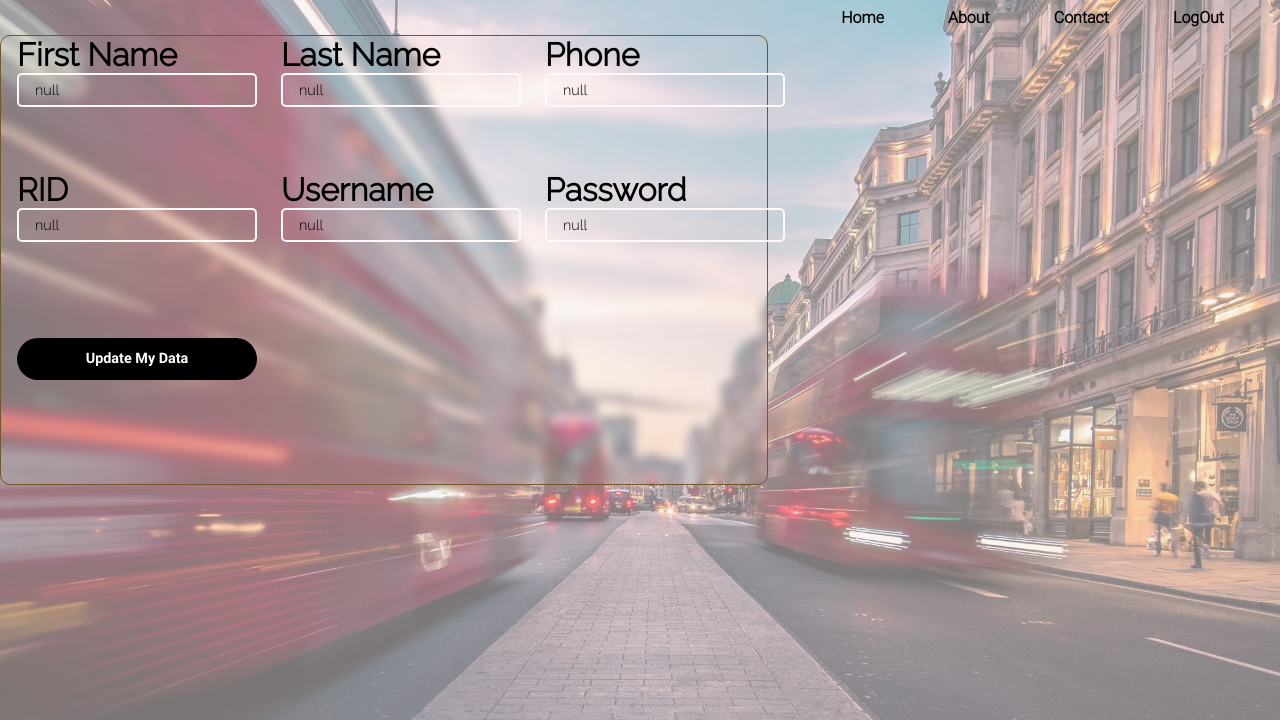
Repository: Savindushehan/RouteMaster-Group-project
Page: http://localhost/RouterMaster/Updateuserdetails.jsp
These files come from the project's save history. The page is drawn as it stood at one moment and after the next save; the edit follows.
The browser window is 1280 px wide. The pictures show the whole page.
The page is served by Tomcat 10. Other server files are loaded and not shown.

Above is the page before, as saved 2023-10-27 05:47:30.

### RouteMaster/RouterMaster/src/main/webapp/Updateuserdetails.jsp
<%@ page language="java" contentType="text/html; charset=UTF-8"
    pageEncoding="UTF-8"%>
<!DOCTYPE html>
<html>
<head>
<meta charset="UTF-8">
<title>Insert title here</title>
 <style>
          @font-face {
        font-family: 'Roboto-Light'; /* Font family name */
        src: url('Fonts/Roboto-Light.ttf') format('truetype'); /* URL to your font file */
        font-weight: normal;
        font-style: italic;
        }
        @font-face {
        font-family: 'Raleway-Light'; /* Font family name */
        src: url('Fonts/Raleway-Light.ttf') format('truetype'); /* URL to your font file */
        font-weight: normal;
        font-style: italic;
        }
        @font-face {
        font-family: 'Roboto-Bold'; /* Font family name */
        src: url('Fonts/Roboto-Bold.ttf') format('truetype'); /* URL to your font file */
        font-weight: normal;
        font-style: italic;
        }
        :root{
            --div-color1:#000000;
            --div-color2:#272702;
            --div-color3:#07FAFA;
            --div-color4:#FFFFFF;
        }
        a{
            text-decoration: none;
        }
        *{
            margin: 0;
            padding: 0;
            box-sizing:border-box;
        }
        a{
            text-decoration: none;
        }
         body{
			background-image: url('Images/background.jpg');
            background-size: cover;
            background-repeat: no-repeat;
            background-position: center;
            height: 100vh;
            justify-content:center;
            align-items:center;
            flex-direction:column;
        }
        body::before {
          content: "";
          position: absolute;
          top: 0;
          left: 0;
          width: 100%;
          height: 100%;
          background-color: rgba(245, 236, 236, 0.5);
          z-index: -1;
        }
        .head{
            display: flex;
            flex-direction: row;
            justify-content: right;
        }
        header h3{
            color: var(--div-color1);
            font-size:1rem;
            margin-right: 3rem;
            cursor: grab;
            padding: 0.5rem;
            border-radius: 0.5rem;
            outline: none;
            font-family: 'Roboto-Light';
        }
          form{
          display: flex;
          flex-direction: column;
          justify-content: center;
          align-items: center;
          width: 50rem;
          margin-left: auto;
          margin-right: auto;
        }
        h1{
          font-size: 2.5rem;
          text-align: center;
          margin-top: 3rem;
        }
         .row1,.row2{
          display: flex;
          flex-direction: row;
          justify-content: space-between;
          width: 100%;
          margin-left: auto;
          margin-right: auto;
          margin-bottom: 4rem;
        }
        .details{
          flex-direction: column;
          justify-content: space-between;
       	  width:60vw;
          margin-left:auto;
          margin-right: auto;

        }
        .colomn1{
            display: flex;
            flex-direction: column;
            margin-right: 4rem;
        }
        .colomn2{
            display: flex;
            flex-direction: column;
        }
         .colomn1 .colomn2 input{
        width:100%;
        height:50px;
        margin: 30px 0;
        }

         main{
         width:60%;
         height: 450px;
         display: flex;
         flex-direction: column;
         backdrop-filter: blur(5px);
         border:1px solid #72582c;
         border-radius: 10px;
         align-items:center;
         gap:40px;


        }
        h2{
         font-family: 'Raleway-Light';
          font-size: 2rem;
        }
         form{
          display: flex;
          flex-direction: column;
          justify-content: center;
          align-items: center;
          width: 50rem;
          margin-left: auto;
          margin-right: auto;
        }

         .form .main{
           display:flex;
           flex-direction:column;
           width: 85%;
          }

         input{
          font-size: 0.9rem;
          font-family: 'Raleway-Light';
          width: 15rem;
          outline: none;
          padding-left: 1rem;
          padding-top: 0.4rem;
          padding-bottom: 0.4rem;
          border-radius: 5px;
          border: 2px solid red;
          border: none;
          background: transparent;
          border:2px solid rgb(255, 249, 249);

        }
          #btn{
          text-align: center;
          padding-left: 2rem;
          padding-right: 2rem;
          padding-top: 0.8rem;
          padding-bottom: 0.8rem;
          border-radius: 10px;
          font-family: 'Roboto-Bold';
          background-color: var(--div-color1);
          color: var(--div-color4);
          border: none;
          outline: none;
          cursor: pointer;
          margin-top: 2rem;
          border-radius:500px;
          transition:all 0.3s;

        }
       #btn:hover{
         transform:scale(1.15);
        }
    </style>
</head>
<body>
	 <header>
        <div class="head">
          <a href="Home.jsp"><h3 id="m1">Home</h3></a>
           <a href="AboutUs.jsp"><h3 id="m2">About</h3></a>
            <a href="ContactUS.jsp"><h3 id="m3">Contact</h3></a>
           <a href="login.jsp"><h3 id="m4">LogOut</h3></a>
        </div>
    </header>
	<main>
	<%
	String RID=request.getParameter("RID");
	String F_name=request.getParameter("F_name");
	String L_name=request.getParameter("L_name");
	String Phone=request.getParameter("Phone");
	String Username=request.getParameter("Username");
	String Password=request.getParameter("Password");
	%>

	<form action="updateuserServlet" method="post">
		 <div class="details">

                <div class="row1">

                    <div class="column1">
                        <h2>First Name</h2>
                        <input type="text" name="F_name" value="<%=F_name%>">
                    </div>
                    <div class="column2">
                        <h2>Last Name</h2>
                        <input type="text" name="L_name" value="<%=L_name%>">
                    </div>
                    <div class="column1">
                        <h2>Phone</h2>
                          <input type="text" name="Phone" value="<%=Phone%>">
                    </div>

                </div>
                <div class="row2">

                    <div class="column2">
                       	<h2>RID</h2>
                        <input type="text" name="RID" value="<%=RID%>" readonly>
                    </div>
                    <div class="column1">
                        <h2>Username</h2>
                         <input type="text" name="Username" value="<%=Username%>">
                    </div>
                    <div class="column2">
                        <h2>Password</h2>
                          <input type="text" name="Password" value="<%=Password%>">
                    </div>
                </div>



                <input type="submit" name="btn" id="btn" value="Update My Data">
            </div>
	</form>
	</main>

</body>
</html>

After the next save:
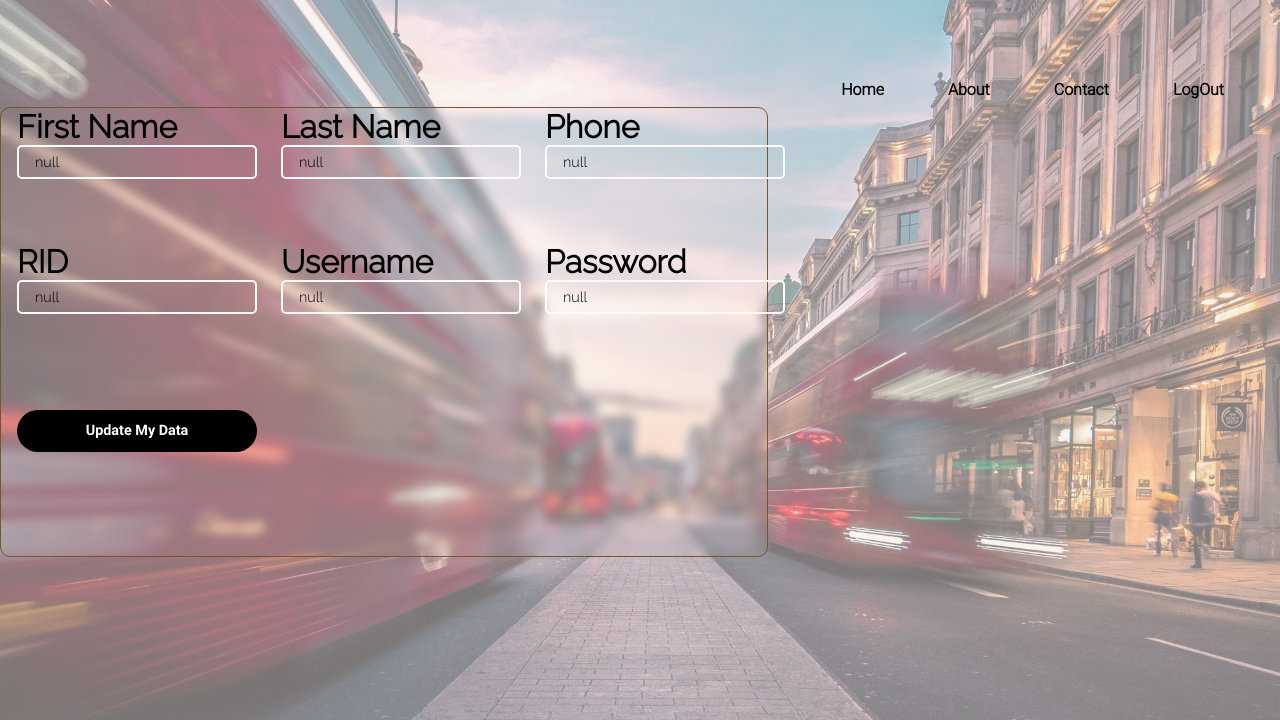
Saved 53 s later.
--- a/RouteMaster/RouterMaster/src/main/webapp/Updateuserdetails.jsp
+++ b/RouteMaster/RouterMaster/src/main/webapp/Updateuserdetails.jsp
@@ -67,6 +67,7 @@
             justify-content: right;
         }
         header h3{
+       		margin-top: 10vh;
             color: var(--div-color1);
             font-size:1rem;
             margin-right: 3rem;
